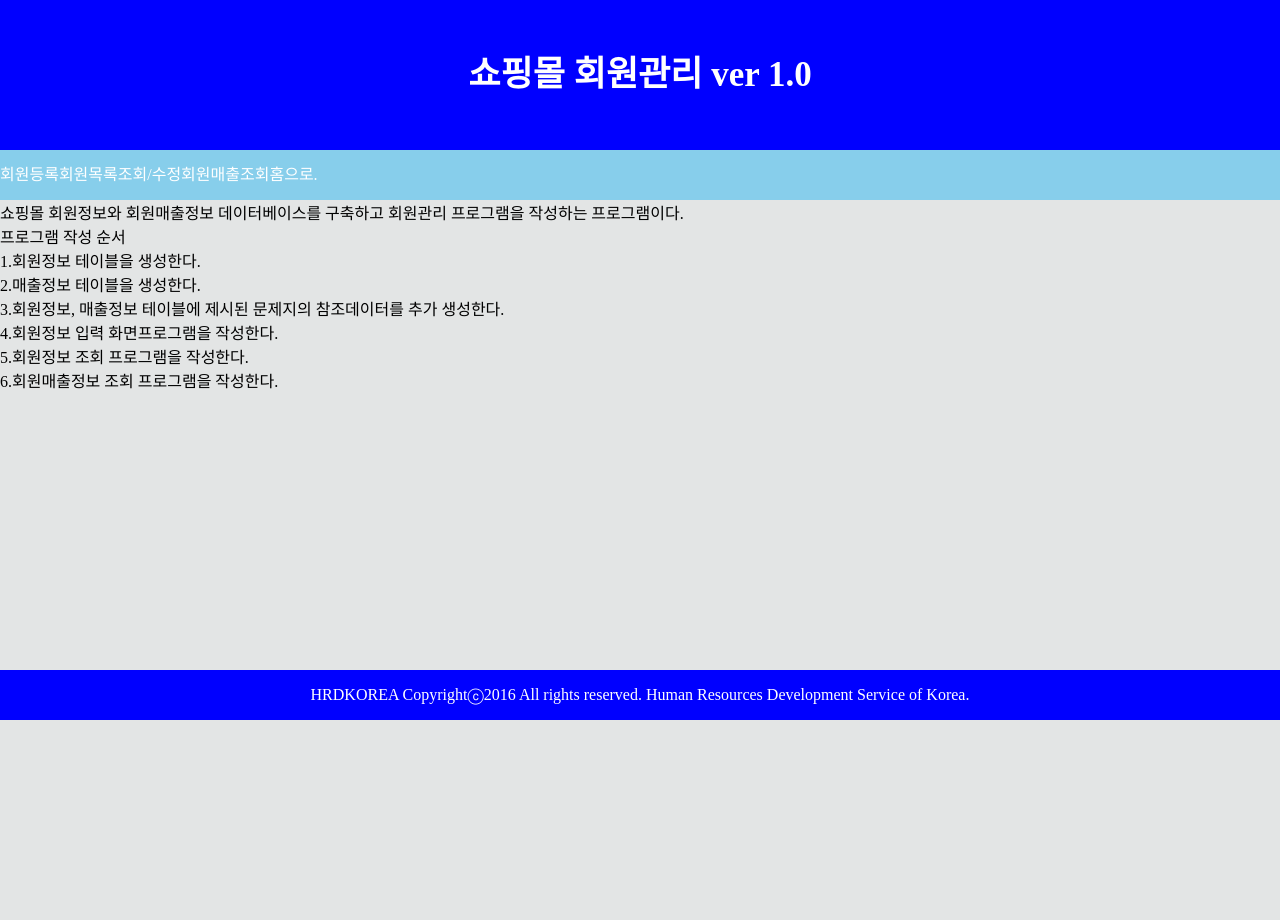
Repository: kayeunae/mvc-pattern
Page: http://localhost/HRD_1234/
The author's editor kept a copy of each file at every save. The page is drawn from the files as they stood at one save, then again after the next save.
The browser window is 1280 px wide. The pictures show the whole page.
The page is served by Tomcat 9.

Above is the page before, as saved 2022-12-19 05:48:16.

After the next save:
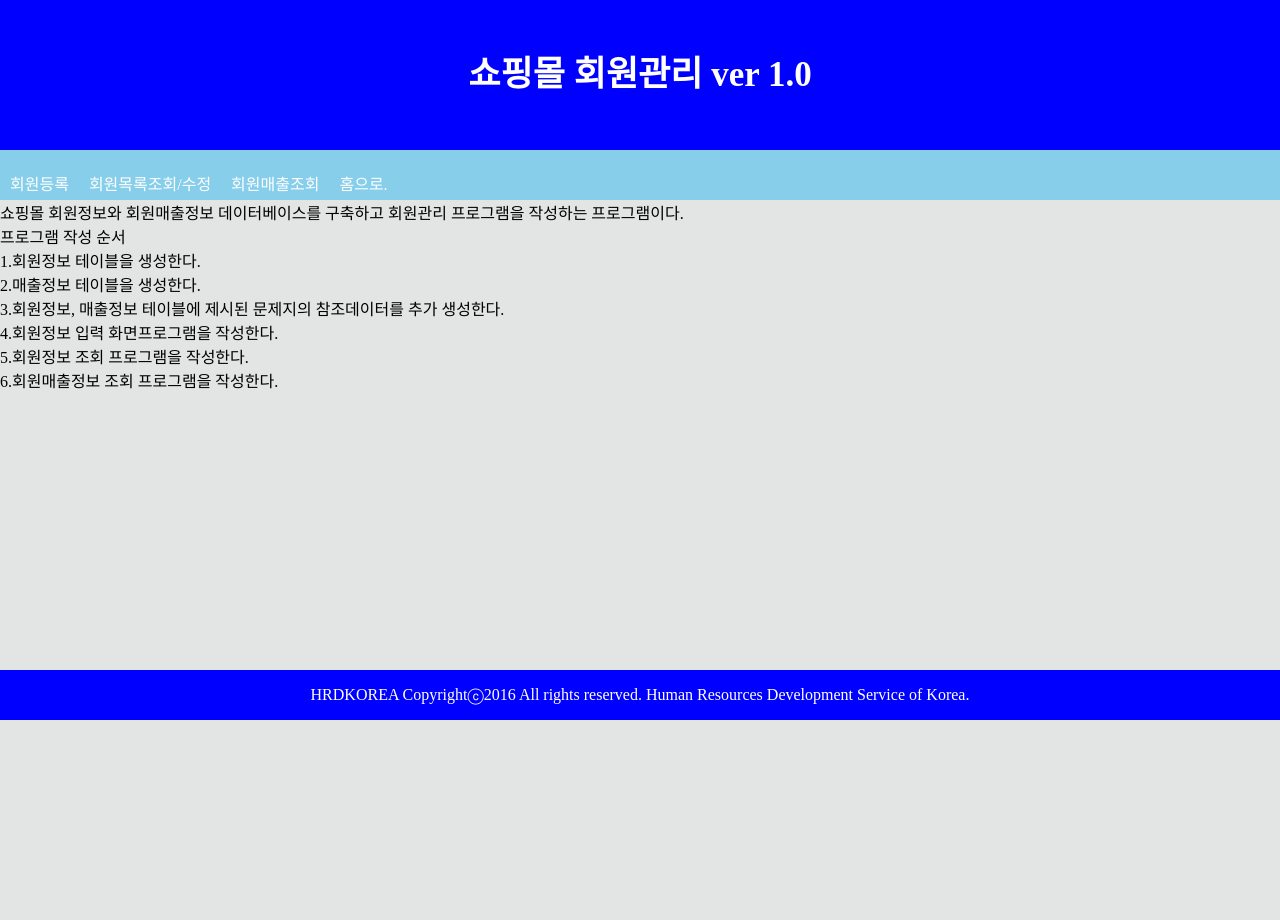
Saved 19 s later.
--- a/HRD_1234/src/main/webapp/style.css
+++ b/HRD_1234/src/main/webapp/style.css
@@ -31,7 +31,7 @@
 	float: left;
 	list-style: none;
 	/*양 옆에 10px 여백*/
-	padding: 0, 10px;
+	padding: 10px;
 }
 
 a{
@@ -61,5 +61,5 @@
 	line-height: 50px;
 	text-align: center;
 	background: blue;
-	color: white;
+	color: white;			``
 }
